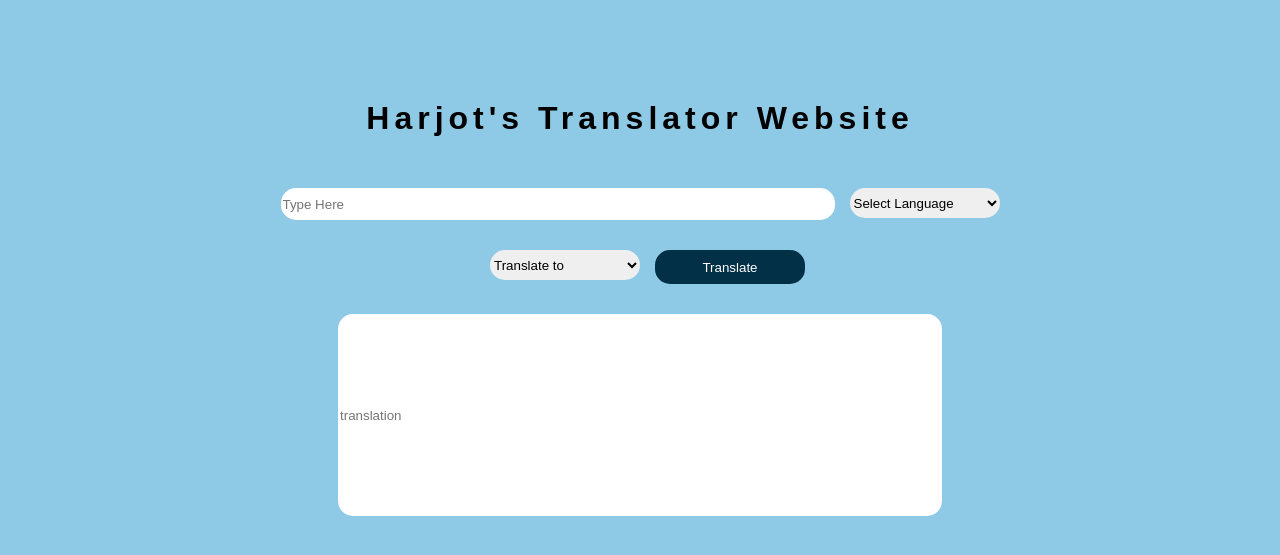
Repository: Harjot00/Pythonpractice
Page: Translator/homepage.html
An editor plug-in stored every save of this project. The page is shown before and after the next save, followed by the edit.
The browser window is 1280 px wide. The pictures show the whole page.
Some web fonts or font styles are not loaded; a fallback is used.

Above is the page before, as saved 2022-03-06 19:43:47.

### Translator/homepage.html
<!DOCTYPE html>
<html lang="en">
<head>
    <meta charset="UTF-8">
    <meta http-equiv="X-UA-Compatible" content="IE=edge">
    <meta name="viewport" content="width=device-width, initial-scale=1.0">
    <title>Harjot's Translator</title>
    <link rel="stylesheet" href="styles.css">
    <link href="http://fonts.cdnfonts.com/css/mrs-sheppards" rel="stylesheet">
    <link href='https://fonts.googleapis.com/css?family=Open Sans' rel='stylesheet'>

</head>
<body>
    <h1 style = "font-family: 'Mrs Sheppards', sans-serif;letter-spacing: 5px;">Harjot's Translator Website</h1>
    <div style = "display: flex; justify-content: center;">
        <input type="text" id="entry" placeholder="Type Here"></input>
        <form id="language">

            <select>
                <option disabled selected>Select Language</option>
                <option value="volvo">French</option>
                <option value="saab">Italian</option>
                <option value="opel">German</option>
                <option value="audi">Chinese</option>
            </select>
        </form>
    </div>
    <div style = "display: flex; justify-content: center;">
        <form id = "language2">
            <select >
                <option disabled selected>Translate to</option>
                <option value="volvo">French</option>
                <option value="saab">Italian</option>
                <option value="opel">German</option>
                <option value="audi">Chinese</option>
            </select>
        </form>
        <button>Translate</button>

    </div>
    <div style =" display: flex; justify-content: center">
        <input  type="text"id ="translation" placeholder="translation"></input>
    </div>
</body>
</html>

### Translator/styles.css
body{
    background-color: #8ECAE6;
    font-family: open sans;
}
h1{
    margin-top: 100px;
    text-align: center;
}
#entry{
    width: 550px;
    height: 30px;
    margin: 30px 0px 0px 0px;
    border: none;
    border-radius:15px;

}
#language{

    margin: 30px 0px 0px 15px;
}
#language2{

    margin: 30px 0px 0px 15px;
}

select{
    height: 30px;
    width: 150px;
    border: none;
    border-radius: 15px;
}
button{
    width: 150px;
    height:34px;
    margin:30px 0px 0px 15px;
    border: none;
    border-radius: 15px;
    background-color: #023047;
    color: #fff;
}
#translation {
    margin: 30px 0px 0px 0px;
    width: 600px;
    height: 200px;
    border: none;
    border-radius: 15px;

}

After the next save:
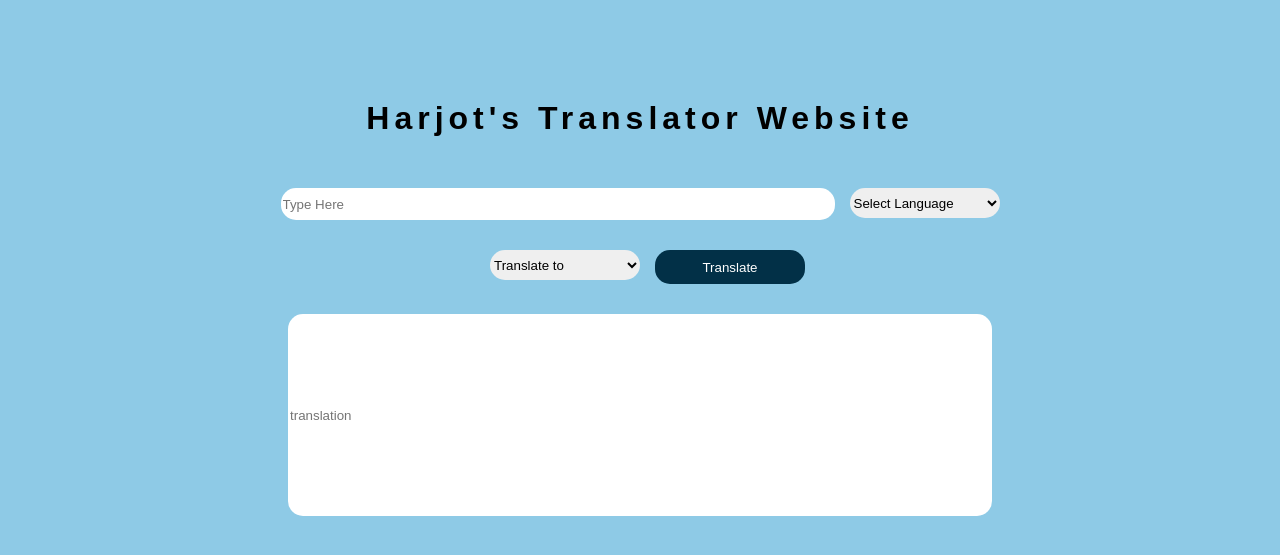
Saved 8 s later.
--- a/Translator/styles.css
+++ b/Translator/styles.css
@@ -40,7 +40,7 @@ button{
 }
 #translation {
     margin: 30px 0px 0px 0px;
-    width: 600px;
+    width: 700px;
     height: 200px;
     border: none;
     border-radius: 15px;
